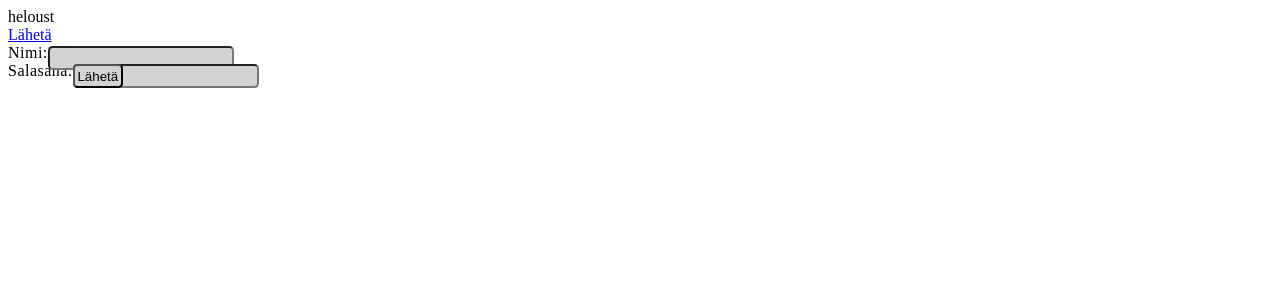
Repository: sirkian/ohj2-t4
Page: http://localhost/Kommunikaatio/
These files come from the project's save history. The page is drawn as it stood at one moment and after the next save; the edit follows.
The browser window is 1280 px wide. The pictures show the whole page.
The page is served by Tomcat 9.

Above is the page before, as saved 2022-03-19 14:07:17.

After the next save:
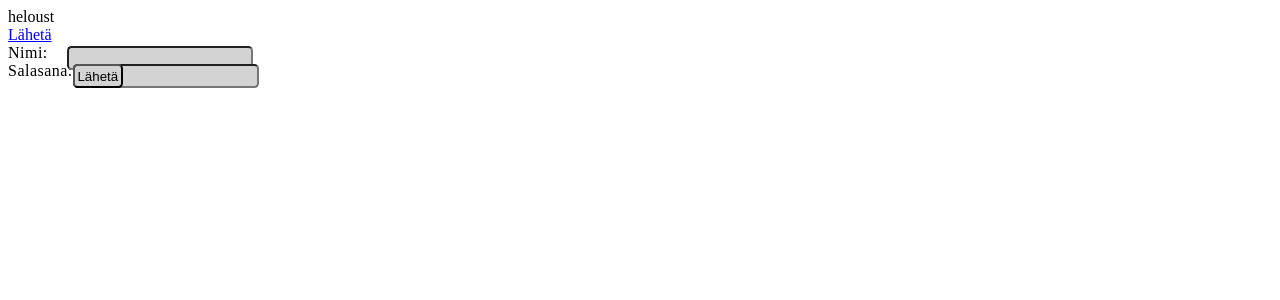
Saved 19 s later.
--- a/Kommunikaatio/src/main/webapp/index.jsp
+++ b/Kommunikaatio/src/main/webapp/index.jsp
@@ -18,7 +18,7 @@ input {
 	position: absolute;
 }
 .nimi {
-
+	left: 5em;
 }
 .pw {
 
